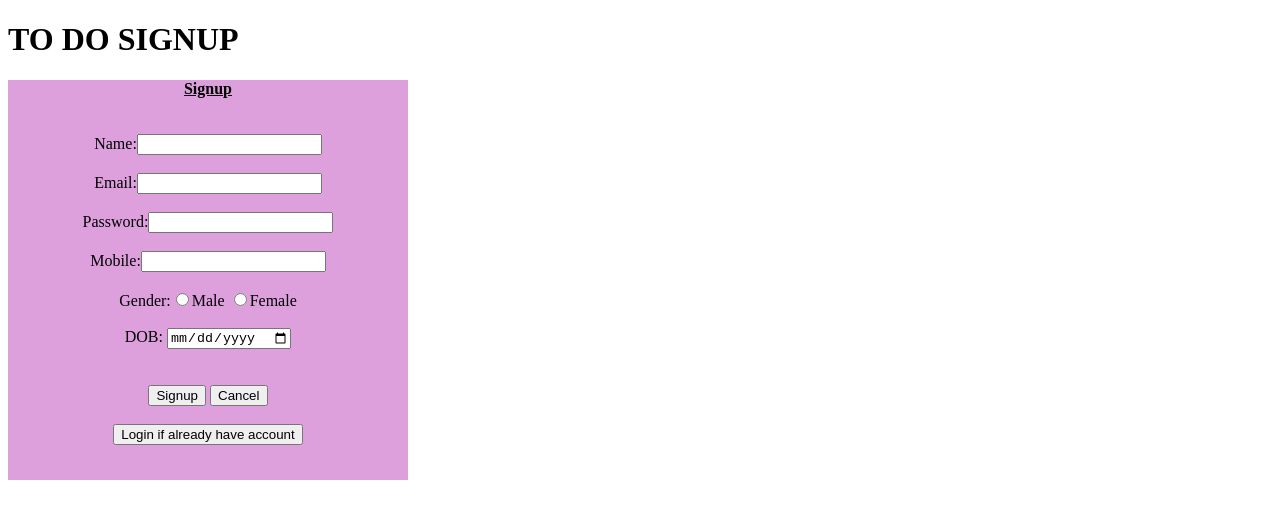
Repository: Spurthiv/todoapp
Page: Servlet_todo_app/src/main/webapp/Signup.html
An editor plug-in stored every save of this project. The page is shown before and after the next save, followed by the edit.
The browser window is 1280 px wide. The pictures show the whole page.

Above is the page before, as saved 2023-11-22 07:32:44.

After the next save:
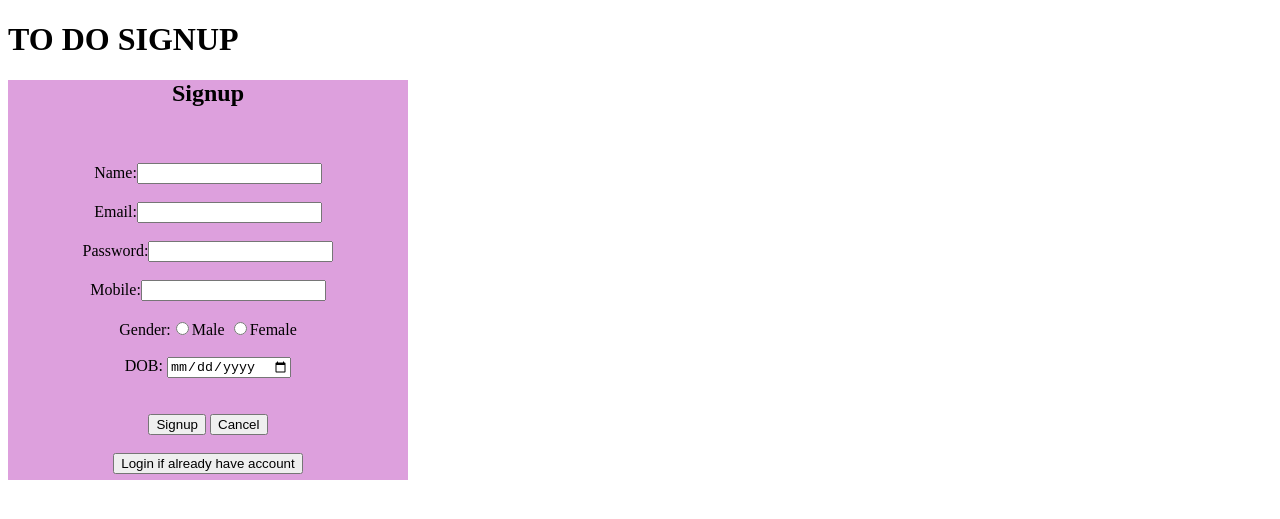
Saved 51 s later.
--- a/Servlet_todo_app/src/main/webapp/Signup.html
+++ b/Servlet_todo_app/src/main/webapp/Signup.html
@@ -19,7 +19,7 @@
 <body>
 <b><h1>TO DO SIGNUP</h1></b>
 <form>
-        <legend><u><b>Signup</b></u> </legend>
+        <legend><b><h2>Signup</h2></b></legend>
         <br><br>
         Name:<input type="text" name="name" /> <br><br>
         Email:<input type="email" name="email" /> <br><br>
